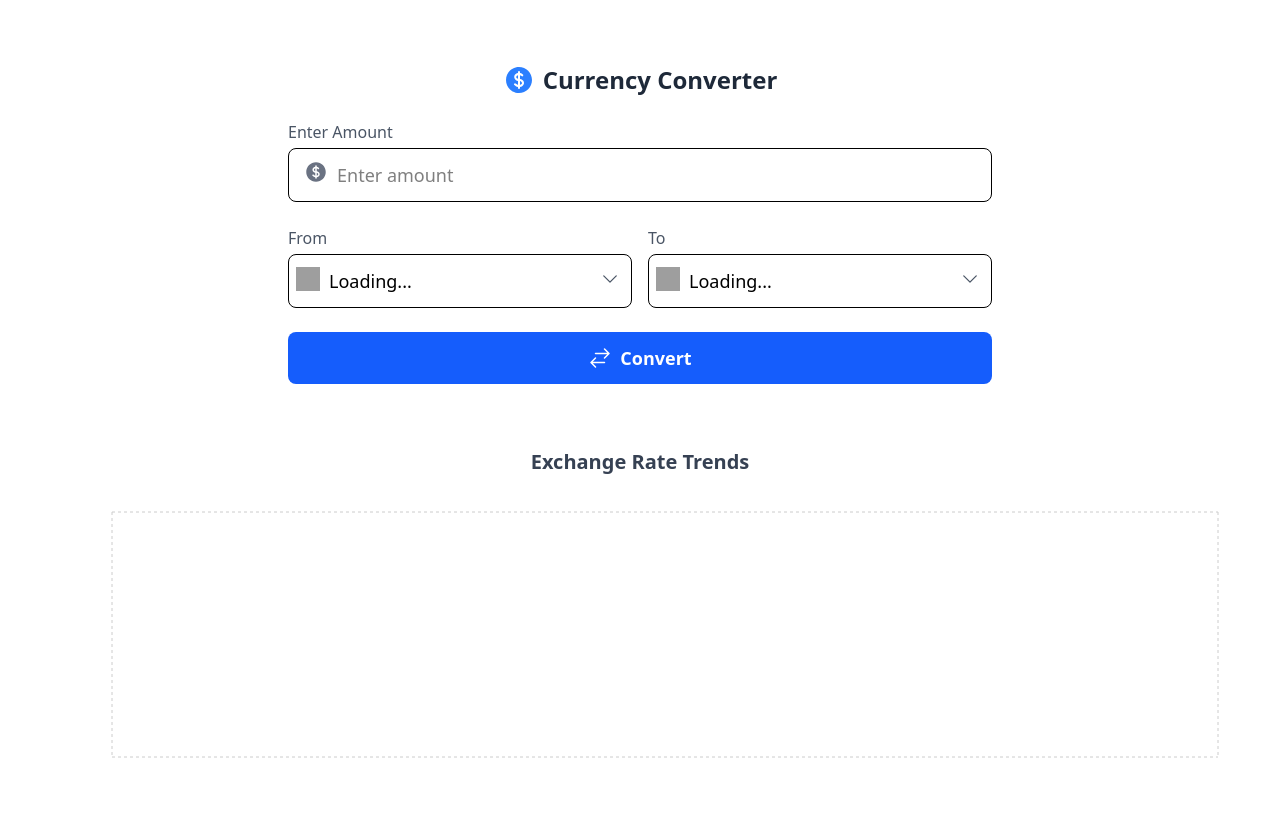
Repository: adrcstro/withcenter_developer_exam
Page: /
The author's editor kept a copy of each file at every save. The page is drawn from the files as they stood at one save, then again after the next save.
The browser window is 1280 px wide. The pictures show the whole page.
Pictures or frames that could not be fetched are drawn as grey boxes. The page's requests for data from a server got no answer. The project was rebuilt for these pictures with package versions that can differ from the ones it lists, and the page was loaded fresh each time. No one was signed in, and anything a server would have sent is missing. Also part of the build but not shown: vite.config.ts.

Above is the page before, as saved 2025-03-18 14:29:23.

After the next save:
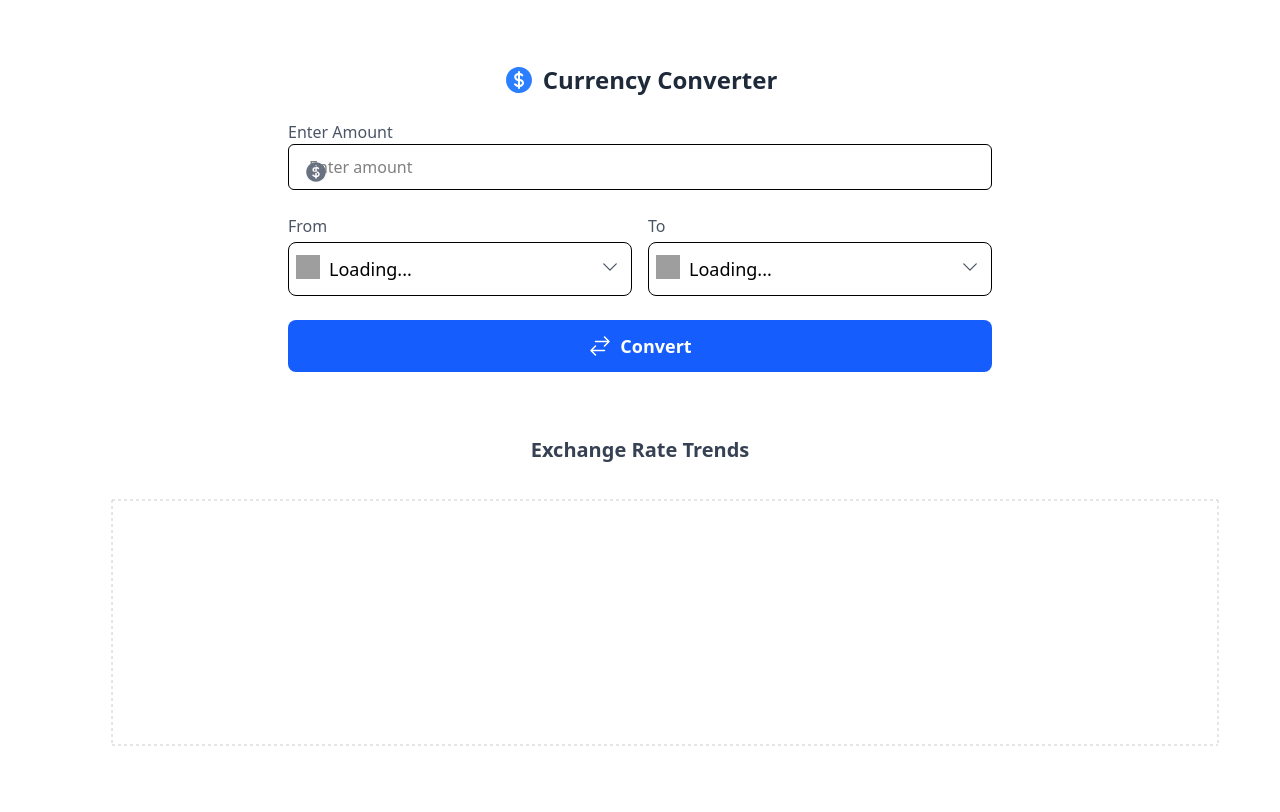
Saved 5 min 55 s later.
--- a/src/App.tsx
+++ b/src/App.tsx
@@ -76,7 +76,7 @@
                 type="number"
                 value={amount}
                 onChange={(e) => dispatch(setAmount(e.target.value))}
-                className="w-full mt-1 pl-12 pr-4 py-3 border rounded-lg text-lg focus:outline-none focus:ring-2 focus:ring-blue-400"
+                className="w-full bg-transparent rounded-md border border-primary py-[10px] px-5 text-dark-5 outline-none transition focus:border-primary active:border-primary disabled:cursor-default disabled:bg-gray-2 disabled:border-gray-2"
                 placeholder="Enter amount"
               />
               <CurrencyDollarIcon className="w-6 h-6 text-gray-500 absolute left-4 top-4" />

After the save that followed:
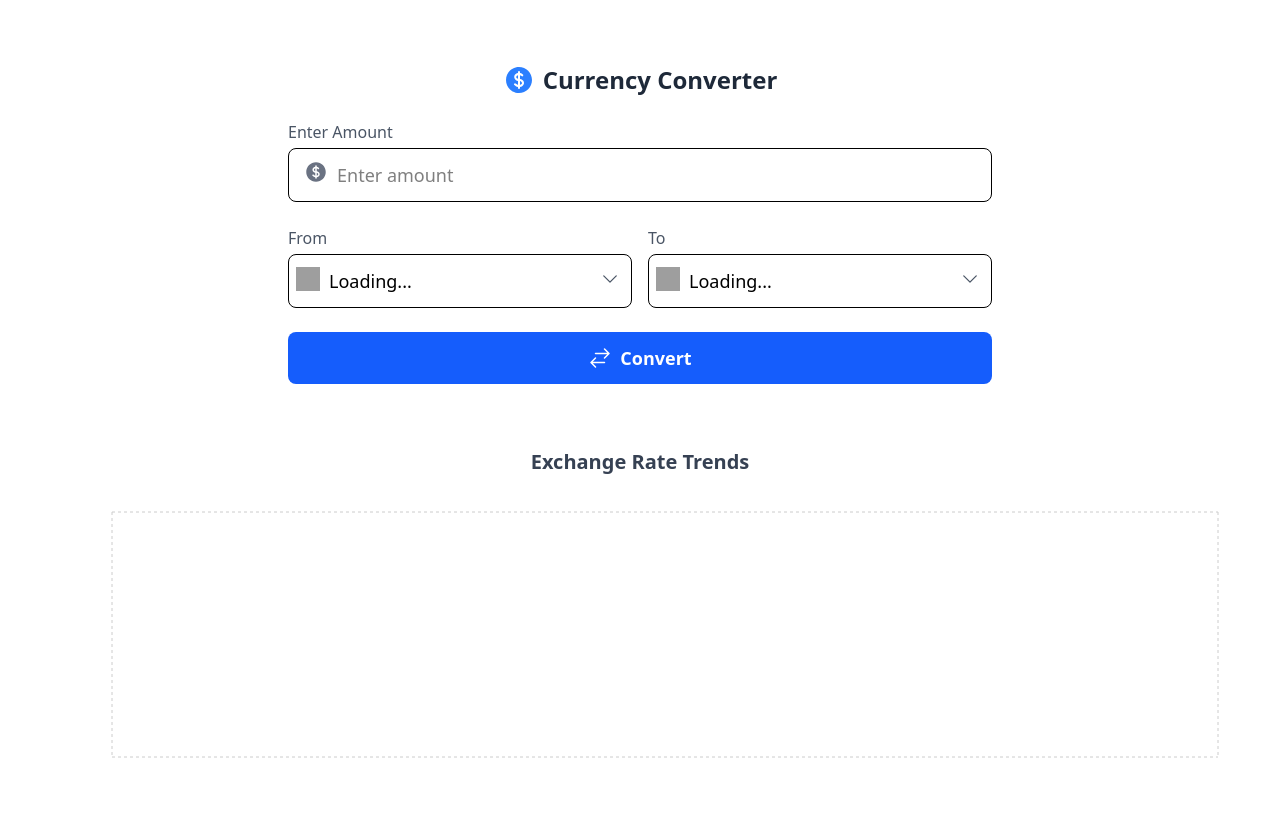
Saved 10 s later.
--- a/src/App.tsx
+++ b/src/App.tsx
@@ -76,7 +76,7 @@
                 type="number"
                 value={amount}
                 onChange={(e) => dispatch(setAmount(e.target.value))}
-                className="w-full bg-transparent rounded-md border border-primary py-[10px] px-5 text-dark-5 outline-none transition focus:border-primary active:border-primary disabled:cursor-default disabled:bg-gray-2 disabled:border-gray-2"
+                className="w-full mt-1 pl-12 pr-4 py-3 border rounded-lg text-lg focus:outline-none focus:ring-2 focus:ring-blue-400"
                 placeholder="Enter amount"
               />
               <CurrencyDollarIcon className="w-6 h-6 text-gray-500 absolute left-4 top-4" />
